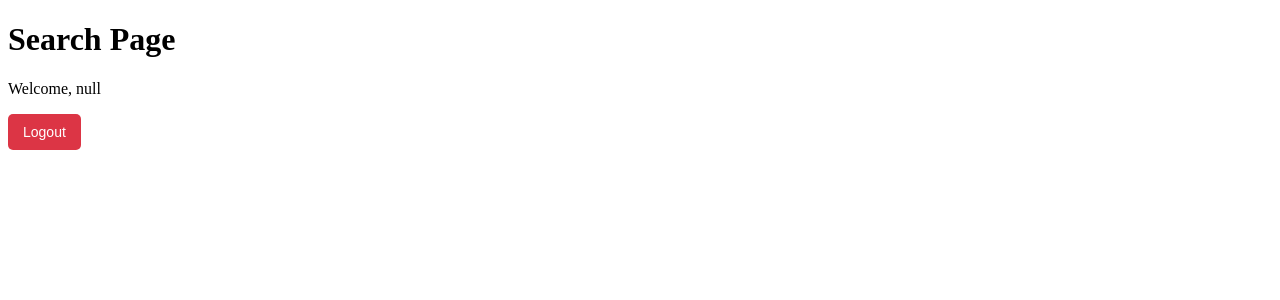
Repository: ramk06/Moengage-assesment
Page: http://localhost/task/search.jsp
The author's editor kept a copy of each file at every save. The page is drawn from the files as they stood at one save, then again after the next save.
The browser window is 1280 px wide. The pictures show the whole page.
The page is served by Tomcat 9.

Above is the page before, as saved 2024-11-22 05:15:45.

After the next save:
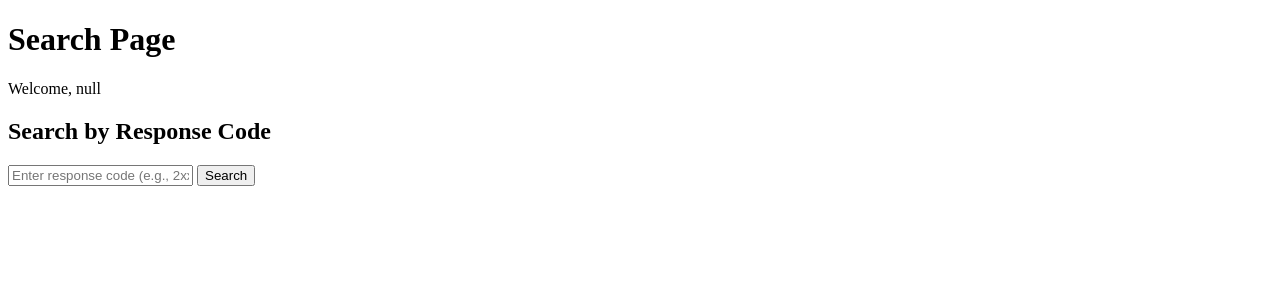
Saved 2 min 56 s later.
--- a/task/src/main/webapp/search.jsp
+++ b/task/src/main/webapp/search.jsp
@@ -7,28 +7,41 @@
 <meta name="viewport" content="width=device-width, initial-scale=1.0">
 <title>Search Page</title>
 <style>
-.logout-button {
-    padding: 10px 15px;
-    background-color: #dc3545;
-    color: white;
-    border: none;
-    border-radius: 5px;
-    cursor: pointer;
-    font-size: 14px;
+/* Add your styles here */
+</style>
+<script>
+// Validate search form
+function validateSearchForm() {
+	const filterInput = document.querySelector('input[name="filter"]');
+	if (!filterInput.value.trim()) {
+		alert('Please enter a response code to search.');
+		return false;
+	}
+	return true;
 }
-.logout-button:hover {
-    background-color: #c82333;
-}
-</style>
+</script>
 </head>
 <body>
-    <div class="header">
-        <h1>Search Page</h1>
-        <p>Welcome, <%= session.getAttribute("username") %></p>
-        <form action="logout" method="get" style="display: inline;">
-            <button type="submit" class="logout-button">Logout</button>
-        </form>
-    </div>
-    <!-- Existing content -->
+	<div class="header">
+		<h1>Search Page</h1>
+		<p>Welcome, <%= session.getAttribute("username") %></p>
+		<% if (session.getAttribute("username") != null) { %>
+			<p class="logout"><a href="logout" style="color: red;">Logout</a></p>
+		<% } %>
+	</div>
+	<div class="container">
+		<!-- Success/Error Messages -->
+		<% if (request.getParameter("success") != null) { %>
+			<div class="message">Item added successfully to the list!</div>
+		<% } else if (request.getParameter("error") != null) { %>
+			<div class="error-message">An error occurred. Please try again.</div>
+		<% } %>
+
+		<h2>Search by Response Code</h2>
+		<form action="search" method="get" onsubmit="return validateSearchForm();">
+			<input type="text" name="filter" placeholder="Enter response code (e.g., 2xx, 203)">
+			<button type="submit">Search</button>
+		</form>
+	</div>
 </body>
 </html>
